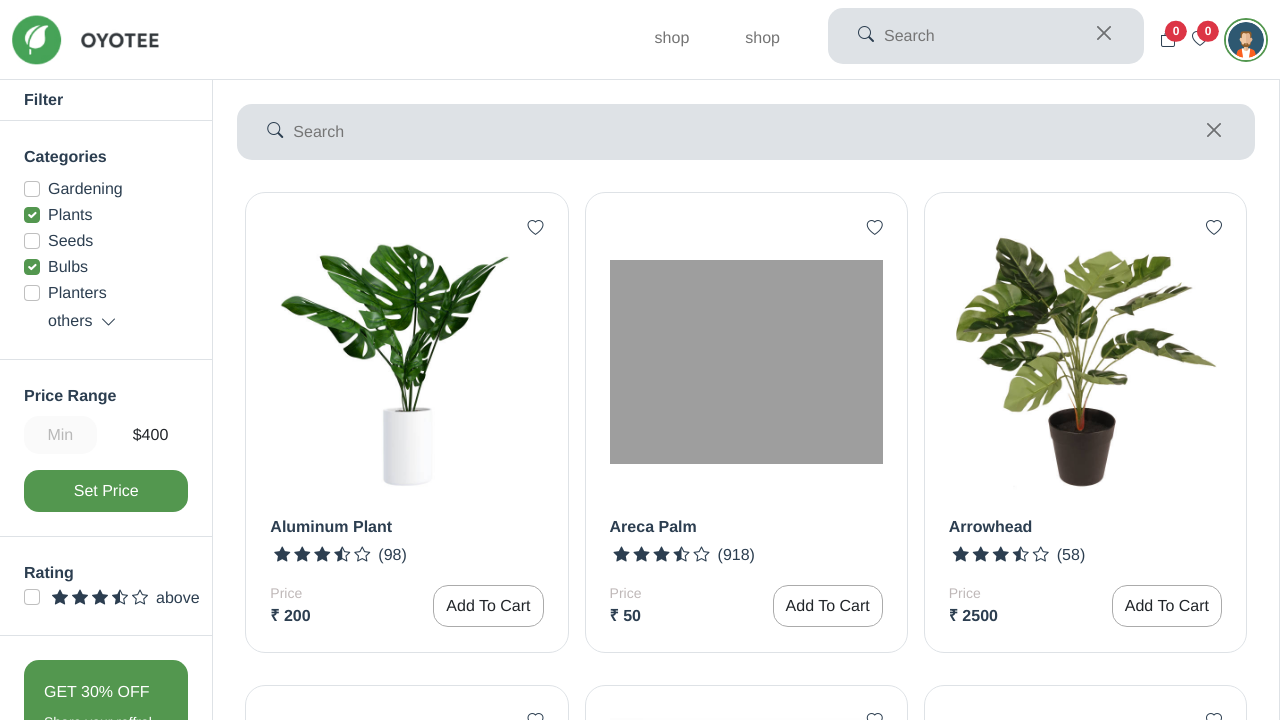
Repository: arpitaWebD/PlantShopping
Page: /
An editor plug-in stored every save of this project. The page is shown before and after the next save, followed by the edit.
The browser window is 1280 px wide. The pictures show the whole page.
Pictures or frames that could not be fetched are drawn as grey boxes. An inner scrolling area shows only its first screen. Some web libraries are served in a nearby version. The project was rebuilt for these pictures with package versions that can differ from the ones it lists, and the page was loaded fresh each time. Also part of the build but not shown: src/components/ProductPreview.vue, src/views/AddToCart.vue, src/views/WishList.vue, src/components/Login.vue.

Above is the page before, as saved 2022-01-24 17:59:11.

### index.html
<!DOCTYPE html>
<html lang="en">
<head>
  <meta charset="UTF-8">
  <link rel="icon" href="/favicon.ico" />
  <meta name="viewport" content="width=device-width, initial-scale=1.0">
  <!-- bootstrap -->
  <link href="https://cdn.jsdelivr.net/npm/bootstrap@5.1.3/dist/css/bootstrap.min.css" rel="stylesheet"
    integrity="sha384-1BmE4kWBq78iYhFldvKuhfTAU6auU8tT94WrHftjDbrCEXSU1oBoqyl2QvZ6jIW3" crossorigin="anonymous" />
  <!--icons -->
  <link rel="stylesheet" href="https://cdn.jsdelivr.net/npm/bootstrap-icons@1.7.1/font/bootstrap-icons.css" />
  <link rel="stylesheet" href="./src/index.css">
  <title>Vite App</title>
</head>
<body>
  <div id="app"></div>
  <script src="https://cdn.jsdelivr.net/npm/bootstrap@5.0.2/dist/js/bootstrap.bundle.min.js"
    integrity="sha384-MrcW6ZMFYlzcLA8Nl+NtUVF0sA7MsXsP1UyJoMp4YLEuNSfAP+JcXn/tWtIaxVXM" crossorigin="anonymous"></script>
  <script type="module" src="/src/main.js"></script>
</body>
</html>

### src/index.css
#app {
  font-family: Avenir, Helvetica, Arial, sans-serif;
  -webkit-font-smoothing: antialiased;
  -moz-osx-font-smoothing: grayscale;
  color: #2c3e50;
  height: 100vh;
}

body {
  margin: 0;
  height: 100vh;
}

/* color code */
:root {
  --green: #175b19;
  --secondary-color: #ffc327;
  --light-gray: #f6f6f6;
  --dark-gray: #485853;
  --primary-color: #53974f;
  --dark-green: #08220e;
  --light-green: #abb3a3;
  --brown: #957f65;
}

a {
  text-decoration: none;
  color: #2c3e50;
}

.primary-btn {
  width: 100%;
  border-radius: 15px;
  color: #fff;
  background: #53974f;
  line-height: 1;
  height: 42px;
  text-transform: capitalize;
  display: flex;
  justify-content: center;
  align-items: center;
}

.primary-btn:hover {
  color: #fff;
}

.primary-btn.yellow-btn {
  background: #ffc327;
  color: var(--dark-gray);
}

.secondary-btn {
  width: 100%;
  border-radius: 15px;
  border: 1px solid #ababab;
  line-height: 1;
  height: 42px;
  text-transform: capitalize;
  display: flex;
  justify-content: center;
  align-items: center;
  cursor: pointer;
  font-weight: 500;
}

.secondary-btn:hover,
.secondary-btn.active {
  color: #fff;
  background: #53974f;
}

.secondary-btn:hover a,
.secondary-btn.active a {
  color: #fff;
}

.btn-check:focus+.btn,
.btn:focus {
  box-shadow: none;
}

.form-check-input:checked {
  background-color: #53974f;
  border-color: #53974f;
}

.form-check-input:checked+.form-check-label {
  font-weight: 500;
}

input:focus {
  outline: 0;
}

/* header */
.header {
  height: 80px;
}

.header .logo {
  height: 50px;
}

.n-links li {
  color: #ababab;
  height: 100%;
  display: flex;
  align-items: center;
  margin-right: 40px;
  cursor: pointer;
  border-bottom: 3px solid transparent;
}

.n-links li.active {
  color: #000;
  border-bottom: 3px solid #53974f;
}

.cart-icon {
  position: relative;
  cursor: pointer;
}

.cart-icon .cart-badge {
  position: absolute;
  background: #dc3545;
  color: #fff;
  border-radius: 100%;
  height: 17px;
  width: 17px;
  font-size: 10px;
  display: flex;
  align-items: center;
  justify-content: center;
  right: -5px;
  bottom: 0;
  border: 2px solid #fff;
}

.avatar-icon {
  border: 2px solid #53974f;
  border-radius: 100%;
}

.avatar-icon img {
  border: 2px solid #fff;
  border-radius: 100%;
}

/* left sidebar */
.left-sidebar .left-sidebar-header {
  text-transform: capitalize;
  font-weight: 600;
  text-align: left;
  display: block;
}

.disable-btn {
  background: #fafafa;
  border-radius: 15px;
  display: flex;
  justify-content: center;
  align-items: center;
  text-transform: capitalize;
  color: #b8b8b8;
}

.discount-card {
  background-color: #53974f;
  border-radius: 15px;
  padding: 20px;
  color: #fff;
}

.discount-card .title {
  font-weight: 500;
  text-transform: uppercase;
}

.sub-title {
  font-size: 14px;
}

/* main */
.search-icon {
  border-radius: 15px;
  background: #dee2e6;
  padding: 15px 30px;
  cursor: pointer;
}

.search-icon-round {
  border-radius: 15px 15px 0 0;
}

.search-icon input {
  background-color: transparent;
}

.product-card {
  border: 1px solid #ababab;
  border-radius: 20px;
  position: relative;
  background-color: #fff;
  cursor: pointer;
}

.product-card img {
  height: 290px;
  width: 100%;
  object-fit: contain;
}

.add-product img {
  height: 90px;
}

.product-card .img-section {
  position: relative;
}

.product-card .img-section .like-icon {
  position: absolute;
  right: 0;
  top: 0;
}

.like-icon {
  cursor: pointer
}

.product-card .price-name {
  color: #bfb8b8;
  font-size: 14px;
}

/* right0sidebar */
.right-sidebar {
  position: relative;
  height: 100%;
}

.rs-footer {
  position: absolute;
  bottom: 0;
  width: calc(100% - 3rem);
  background: #fff;
}

.right-sidebar .main-title {
  font-size: 22px;
  font-weight: 500;
  text-transform: capitalize;
  white-space: nowrap;
  overflow: hidden;
  text-overflow: ellipsis;
}
.right-sidebar .img-section {
  height: 200px;
}
.right-sidebar .main-subtitle {
  font-size: 14px;
  color: #ababb8;
  line-height: 16px;
  white-space: nowrap;
  overflow: hidden;
  text-overflow: ellipsis;
}

.tab {
  text-transform: capitalize;
  text-align: center;
  border-bottom: 3px solid transparent;
  cursor: pointer;
  padding-bottom: 10px;
}

.tab-active {
  border-bottom: 3px solid #53974f;
}

.rs-img-section {
  position: relative;
}

.rs-close {
  right: 0;
  top: 10px;
  background: #fafafa;
  height: 30px;
  width: 30px;
  border-radius: 7px;
  display: flex;
  justify-content: center;
  align-items: center;
  position: absolute;
  cursor: pointer;
}

.rs-slider .rs-slider-img {
  height: 50px;
  width: 50px;
  display: flex;
  align-items: center;
  justify-content: center;
  justify-content: space-between;
  border-radius: 10px;
}

.rs-slider-img img {
  object-fit: cover;
  height: 100%;
  width: 100%;
  border-radius: 10px;
}

.hidden {
  display: none;
}

.modal-new {
  left: 50%;
  top: 50%;
  z-index: 2;
  background: #fff;
  transform: translate(-50%, -50%);
  padding: 30px;
  border-radius: 30px;
  position: absolute;
}

.overlay {
  width: 100vw;
  height: 100vh;
  background: #0a0a0a9c;
  z-index: 1;
  position: absolute;
  inset: 0;
}

.close-modal {
  border: none;
  background: transparent;
  position: absolute;
  right: 10px;
  font-size: 50px;
  top: -10px;
}

.search-menu {
  position: relative;
}

.search-dropdown {
  position: absolute;
  background: #fff;
  width: 100%;
  z-index: 1;
  max-height: 0;
  transition: all 1s;
  overflow:hidden  auto;
  box-shadow: 0 4px 5px #0000006b;
      border-radius: 0 0 15px 15px;
}
.search-dropdown.opened {
  max-height: 500px;
  height: auto;
}
.search-dropdown ul li {
  padding: 10px;
  cursor: pointer;
}

.search-dropdown ul li:hover {
  background: #e1e1e1;
}

.search-dropdown ul li:not(:last-child) {
  border-bottom: 1px solid #dee2e6;
}

.search-dropdown ul li:last-child {
  border-radius: 0 0 15px 15px;
}

/* .search-dropdown ul {
  border-radius: 0 0 15px 15px;
} */

.product-detail {
  height: calc(100% - 100px);
  overflow: auto;
}

.addCart-card {
  height: calc(100% - 80px);
  overflow: hidden;
}

.fav-icon {
  color: #dc3545;
}

@media screen and (max-width: 767px) {
  .product-card img {
    height: 290px;
    width: 100%;
    max-height: 200px;
    max-width: 100%;
    object-fit: contain;
  }

  img.logo {
    height: 48px;
  }

  .navbar-collapse {
    position: absolute;
    top: 80px;
    left: 0px;
    width: 100%;
    background: rgb(248, 249, 250);
    z-index: 1;
    box-shadow: rgba(50, 50, 93, 0.25) 0px 6px 12px -2px, rgba(0, 0, 0, 0.3) 0px 3px 7px -3px;
  }

  .addCart-card img {
    width: 100%;
  }
}

/* width */
::-webkit-scrollbar {
  width: 8px;
}

/* Track */
::-webkit-scrollbar-track {
  background: #f1f1f1;
  box-sizing: content-box;
  border-radius: 20px;

}

/* Handle */
::-webkit-scrollbar-thumb {
  background: #53974f;
      border-radius: 15px;
}

### src/App.vue
<template>
  <Navbar />
  <router-view />
</template>

<script>
import Navbar from "./components/Navbar.vue";
export default {
  components: {
    Navbar,
  },
};
</script>

### src/router.js

import { createRouter, createWebHistory } from "vue-router";
import Home from "./views/Home.vue";
import AddCart from "./views/AddToCart.vue";
import WishList from "./views/WishList.vue";
import Login from "./components/Login.vue";

const routes = [
    {
        path: "/",
        name: "Home",
        component: Home
    },
    {
        path: "/AddCart",
        name: "AddCart",
        component: AddCart
    },
    {
        path: "/WishList",
        name: "WishList",
        component: WishList
    },
    {
        path: "/login",
        name: "login",
        component: Login
    },
]
const router = createRouter({

    history: createWebHistory(),
    routes
});
export default router

### src/components/Navbar.vue
<template>
  <nav class="navbar navbar-expand-md navbar-light border-bottom header">
    <div class="container-fluid">
      <a class="navbar-brand" href="#">
        <router-link :to="{ name: 'Home' }">
          <img src="../assets/logo.png" alt="logo" class="logo" />
        </router-link>
      </a>
      <button
        class="navbar-toggler"
        type="button"
        data-bs-toggle="collapse"
        data-bs-target="#navbarNavAltMarkup"
      >
        <span class="navbar-toggler-icon"></span>
      </button>
      <div
        class="
          collapse
          navbar-collapse
          justify-content-md-end justify-content-center
        "
        id="navbarNavAltMarkup"
      >
        <div class="navbar-nav">
          <ul
            class="
              d-flex
              flex-column flex-md-row
              list-unstyled
              mb-0
              h-100
              align-items-center
              n-links
            "
          >
            <li class="nav-link">shop</li>
            <li class="nav-link">shop</li>
          </ul>
        </div>
        <div class="d-flex justify-content-center align-items-center">
          <Search :searchItem="searchItem" :filterProduct="filterProduct" />
          <div class="dropdown ms-3">
            <router-link :to="{ name: 'AddCart' }">
              <div class="me-3 cart-icon">
                <i class="bi bi-bag fa-2x"></i>
                <span
                  class="
                    position-absolute
                    bottom-0
                    start-100
                    translate-middle
                    badge
                    rounded-pill
                    bg-danger
                  "
                  >{{ cart.length }}</span
                >
              </div>
            </router-link>
          </div>
          <div class="me-3">
            <router-link :to="{ name: 'WishList' }">
              <div class="cart-icon">
                <i class="bi bi-heart fa-2x"></i>
                <span
                  class="
                    position-absolute
                    bottom-0
                    start-100
                    translate-middle
                    badge
                    rounded-pill
                    bg-danger
                  "
                  >{{ wishList.length }}</span
                >
              </div>
            </router-link>
          </div>
          <div class="avatar-icon">
            <img src="../assets/avatar.png" alt="avatar" width="40" />
          </div>
        </div>
      </div>
    </div>
  </nav>
</template>

<script>
import { mapState, mapMutations } from "vuex";
import Search from "../components/Search.vue";
export default {
  components: { Search },
  data() {
    return {
      search: "",
    };
  },
  computed: {
    ...mapState(["products", "cart", "wishList"]),
    filterProduct() {
      return this.products.filter((product) => {
        var productName = product.name.toLowerCase();
        var searchName = this.search.toLowerCase();
        return productName.includes(searchName);
      });
    },
  },
  methods: {
    ...mapMutations(["productPreview"]),
    searchItem(search) {
      this.search = search;
      return search;
    },
  },
};
</script>

### src/views/Home.vue
<template>
  <div class="addCart-card row p-0 m-0 flex-grow-1 main">
    <!-- <Login /> -->
    <LeftSidebar />
    <ProductView />
  </div>
</template>

<script>
import ProductView from "../views/ProductView.vue";
import LeftSidebar from "../views/LeftSidebar.vue";
// import Login from "../components/Login.vue";
export default {
  name: "Home",
  components: {
    ProductView,
    LeftSidebar,
  },
};
</script>

### src/components/Search.vue
<template>
  <div class="search-menu mb-2">
    <div class="d-flex search-icon" :class="{ 'search-icon-round': modal }">
      <span class="me-2"><i class="bi bi-search"></i></span>
      <input
        type="text"
        placeholder="Search"
        v-model="search"
        class="flex-grow-1 border-0"
        @input="searchItem(search)"
        @focus="modal = true"
      />
      <button
        type="button"
        class="btn-close btn-sm btn"
        aria-label="Close"
        @click="close()"
      ></button>
    </div>
    <div class="search-dropdown" :class="{ opened: modal }">
      <ul v-if="modal" class="list-unstyled mb-0">
        <li
          v-for="filterdState in filterProduct"
          :key="filterdState.id"
          @click="productPreview(filterdState) && modal == false"
        >
          <div class="row">
            <div class="col-2 d-flex justify-content-center align-items-center">
              <img :src="filterdState.url" height="80" class="rounded-3" />
            </div>
            <div class="d-flex flex-column col-10">
              <span class="fw-bold">{{ filterdState.name }}</span>
              <span> {{ filterdState.shortdesc }}</span>
              <span class="fw-bold">₹ {{ filterdState.price }}</span>
            </div>
          </div>
        </li>
      </ul>
      <ul
        v-if="filterProduct.length == 0 && search.length > 0"
        class="list-unstyled mb-0 no-result"
      >
        <li class="text-center fw-bold">No results...</li>
      </ul>
    </div>
  </div>
</template>

<script>
import { mapMutations, mapState } from "vuex";
export default {
  data() {
    return {
      search: "",
      modal: false,
    };
  },
  props: {
    searchItem: Function,
    filterProduct: Function,
  },
  computed: {
    ...mapState(["modal"]),
  },
  methods: {
    //clear search product
    close() {
      this.search = "";
      this.modal = false;
      return this.search;
    },
    //set search data
    setState(search) {
      this.search = search.name;
      this.modal = false;
    },
    ...mapMutations(["productPreview"]),
  },
};
</script>

### src/views/ProductView.vue
<template>
  <div class="col-lg-9 col-xl-10 col-md-8 p-0 h-100">
    <div class="row m-0 h-100">
      <div
        class="border-end p-4 h-100 overflow-auto"
        :class="[showPreview ? 'col-md-7 col-lg-8' : 'col-lg-12 col-md-12']"
      >
        <Search :searchItem="searchItem" :filterProduct="filterProduct" />
        <div v-if="filterProduct.length">
          <div class="row g-3 m-0">
            <div
              class="col-sm-12"
              :class="[
                showPreview
                  ? 'col-md-12 col-xl-6 col-xxl-4'
                  : 'col-md-6 col-lg-4',
              ]"
              v-for="(product, index) in filterProduct"
              :key="index"
            >
              <Product :products="product" />
            </div>
          </div>
        </div>
        <div v-else class="d-flex justify-content-center">
          <img src="../assets/no-result.png" />
        </div>
      </div>
      <div class="col-md-5 col-lg-4 p-0" v-show="showPreview">
        <ProductPreview
          v-for="productPreview in productPreviews"
          :key="productPreview.id"
          :productPreviews="productPreview"
        />
      </div>
    </div>
  </div>
</template>

<script>
import Product from "../components/Product.vue";
import ProductPreview from "../components/ProductPreview.vue";
import Search from "../components/Search.vue";
import { mapMutations, mapState, mapGetters } from "vuex";
export default {
  components: {
    Product,
    ProductPreview,
    Search,
  },
  data() {
    return {
      search: "",
    };
  },
  computed: {
    ...mapState(["products", "showPreview", "productPreviews"]),
    ...mapGetters(["getProduct"]),

    filterProduct() {
      return this.products.filter((product) => {
        var productName = product.name.toLowerCase();
        var searchName = this.search.toLowerCase();
        return productName.includes(searchName);
      });
    },
  },
  methods: {
    ...mapMutations(["productPreview"]),
    searchItem(search) {
      this.search = search;
      return search;
    },
  },
};
</script>

### src/views/LeftSidebar.vue
<template>
  <div class="col-md-4 col-lg-3 col-xl-2 p-0 border-end left-sidebar h-100">
    <div class="border-bottom px-4 py-2">
      <span class="left-sidebar-header">filter</span>
    </div>
    <div class="border-bottom p-4">
      <span class="left-sidebar-header">categories</span>
      <div class="mt-2">
        <div>
          <div class="form-check">
            <input
              class="form-check-input"
              type="checkbox"
              value=""
              id="flexCheckDefault"
            />
            <label class="form-check-label" for="flexCheckDefault">
              Gardening
            </label>
          </div>
          <div class="form-check">
            <input
              class="form-check-input"
              type="checkbox"
              value=""
              id="flexCheckChecked"
              checked
            />
            <label class="form-check-label" for="flexCheckChecked">
              Plants
            </label>
          </div>
          <div class="form-check">
            <input
              class="form-check-input"
              type="checkbox"
              value=""
              id="flexCheckDefault1"
            />
            <label class="form-check-label" for="flexCheckDefault1">
              Seeds
            </label>
          </div>
          <div class="form-check">
            <input
              class="form-check-input"
              type="checkbox"
              value=""
              id="flexCheckChecked2"
              checked
            />
            <label class="form-check-label" for="flexCheckChecked2">
              Bulbs
            </label>
          </div>

          <div class="form-check">
            <input
              class="form-check-input"
              type="checkbox"
              value=""
              id="flexCheckDefault3"
            />
            <label class="form-check-label" for="flexCheckDefault3">
              Planters
            </label>
          </div>
        </div>
        <div class="d-flex align-items-center ms-4">
          <span>others</span>
          <span class="d-flex mt-1 ms-2"
            ><i class="bi bi-chevron-down"></i
          ></span>
        </div>
      </div>
    </div>
    <div class="border-bottom p-4">
      <span class="left-sidebar-header">Price range</span>
      <div class="mt-2 d-flex mb-3">
        <div class="w-50 me-3 disable-btn">min</div>
        <div class="w-50 btn secoudary-btn">$400</div>
      </div>
      <div>
        <button class="btn primary-btn" type="button">set price</button>
      </div>
    </div>
    <div class="border-bottom p-4">
      <span class="left-sidebar-header">Rating</span>
      <div class="d-flex align-items-center">
        <div class="form-check">
          <input
            class="form-check-input"
            type="checkbox"
            value=""
            id="flexCheckDefault"
          />
        </div>
        <div class="d-flex">
          <span class="ms-1"><i class="bi bi-star-fill"></i></span>
          <span class="ms-1"><i class="bi bi-star-fill"></i></span>
          <span class="ms-1"><i class="bi bi-star-fill"></i></span>
          <span class="ms-1"><i class="bi bi-star-half"></i></span>
          <span class="ms-1"><i class="bi bi-star"></i></span>
        </div>
        <div class="ms-2">above</div>
      </div>
    </div>
    <div class="p-4">
      <div class="discount-card d-flex flex-column">
        <span class="title">Get 30% off</span>
        <span class="sub-title my-2">
          Share your reffral code and get discount!
        </span>
        <button class="btn primary-btn yellow-btn" type="button">share</button>
      </div>
    </div>
  </div>
</template>

<script>
export default {};
</script>

<style></style>

### src/components/Product.vue
<template>
  <div class="product-card p-4 border my-2">
    <div class="img-section text-center">
      <img
        :src="products.url"
        alt="product img"
        @click="productPreview(products)"
      />
      <div class="like-icon" @click="addToWishlist(products)">
        <i
          class="bi"
          :class="[
            !products.likeProductq ? 'bi-heart' : 'bi-heart-fill fav-icon',
          ]"
        ></i>
      </div>
    </div>
    <div class="mt-2">
      <div class="text-start fw-bold">
        {{ products.name }}
      </div>
      <div class="d-flex mt-1">
        <div class="d-flex">
          <span class="ms-1"><i class="bi bi-star-fill"></i></span>
          <span class="ms-1"><i class="bi bi-star-fill"></i></span>
          <span class="ms-1"><i class="bi bi-star-fill"></i></span>
          <span class="ms-1"><i class="bi bi-star-half"></i></span>
          <span class="ms-1"><i class="bi bi-star"></i></span>
        </div>
        <span class="ms-2">({{ products.reviewCount }})</span>
      </div>
    </div>
    <div class="d-flex align-items-center justify-content-between mt-3">
      <div class="d-flex flex-column">
        <span class="price-name">Price</span>
        <span
          ><b>₹ {{ products.price }}</b></span
        >
      </div>
      <div>
        <button
          class="btn secondary-btn"
          type="button"
          @click="addToCart(products)"
        >
          Add to cart
        </button>
      </div>
    </div>
  </div>
</template>

<script>
import { mapState, mapMutations } from "vuex";
export default {
  computed: {
    ...mapState(["products", "cart", "wishList", "wishlistProductt"]),
  },
  methods: {
    ...mapMutations([
      "addToCart",
      "likeProduct",
      "addToWishlist",
      "productPreview",
    ]),
  },
  props: ["products"],
};
</script>

Loaded but not shown: src/main.js (187 lines, source omitted)

After the next save:
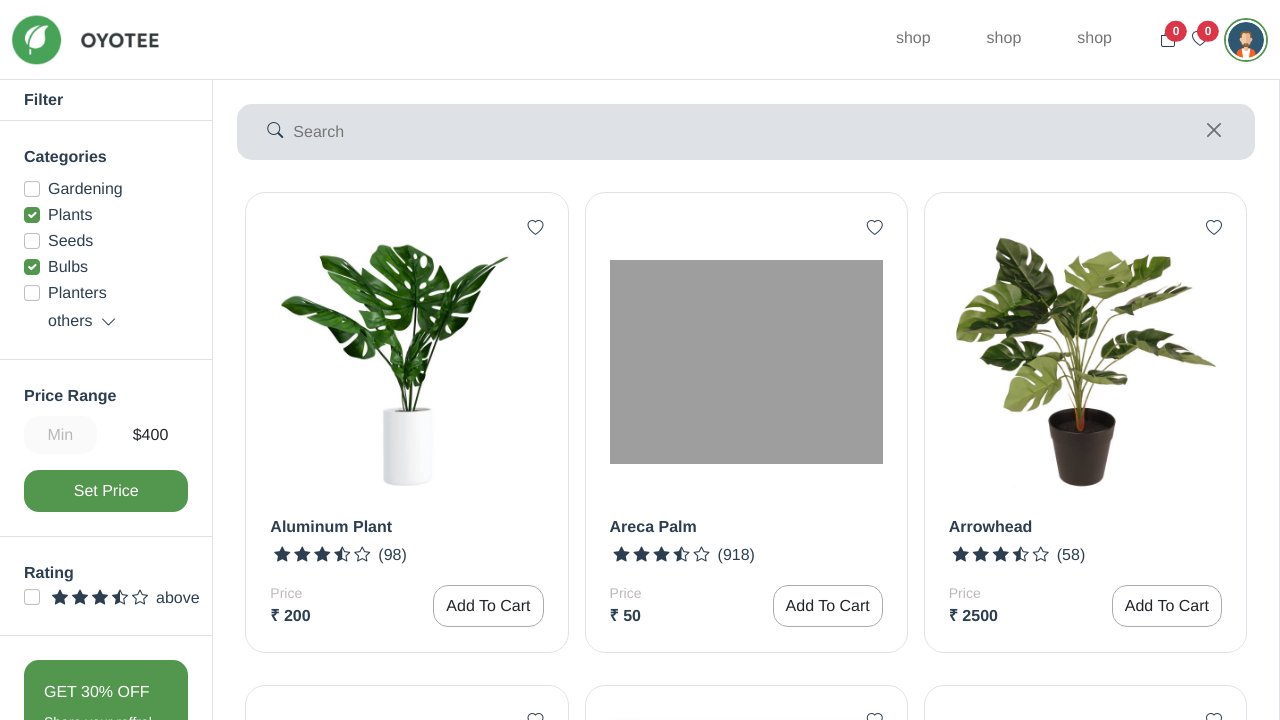
Saved 70 s later.
--- a/src/components/Navbar.vue
+++ b/src/components/Navbar.vue
@@ -36,11 +36,11 @@
           >
             <li class="nav-link">shop</li>
             <li class="nav-link">shop</li>
+            <li class="nav-link">shop</li>
           </ul>
         </div>
         <div class="d-flex justify-content-center align-items-center">
-          <Search :searchItem="searchItem" :filterProduct="filterProduct" />
-          <div class="dropdown ms-3">
+          <div class="dropdown">
             <router-link :to="{ name: 'AddCart' }">
               <div class="me-3 cart-icon">
                 <i class="bi bi-bag fa-2x"></i>
@@ -89,30 +89,9 @@
 
 <script>
 import { mapState, mapMutations } from "vuex";
-import Search from "../components/Search.vue";
 export default {
-  components: { Search },
-  data() {
-    return {
-      search: "",
-    };
-  },
   computed: {
     ...mapState(["products", "cart", "wishList"]),
-    filterProduct() {
-      return this.products.filter((product) => {
-        var productName = product.name.toLowerCase();
-        var searchName = this.search.toLowerCase();
-        return productName.includes(searchName);
-      });
-    },
-  },
-  methods: {
-    ...mapMutations(["productPreview"]),
-    searchItem(search) {
-      this.search = search;
-      return search;
-    },
   },
 };
 </script>
